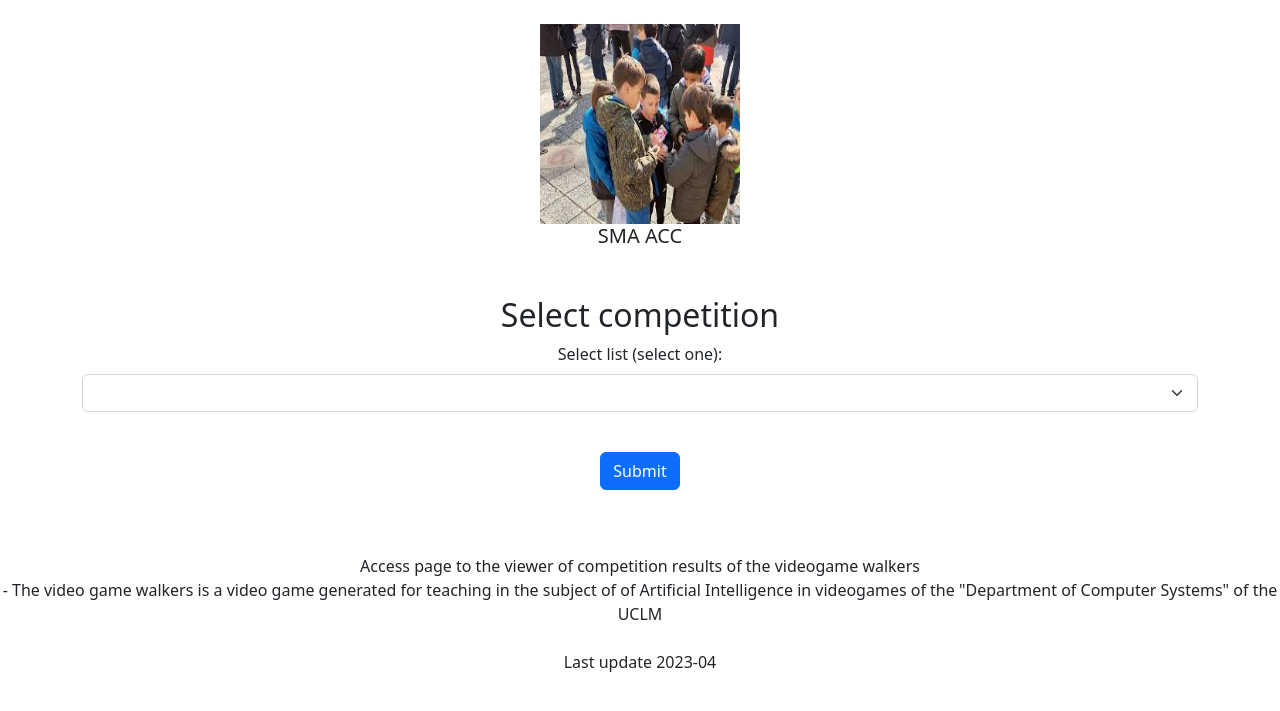
Repository: MAFernandezGraciani/SMA_ACC_2024_2025
Page: http://localhost/
These files come from the project's save history. The page is drawn as it stood at one moment and after the next save; the edit follows.
The browser window is 1280 px wide. The pictures show the whole page.
The page is run by PHP 8.4 with error messages shown; the project is at /var/www/html/. Queries for data that is not in the repository find no rows.

Above is the page before, as saved 2024-11-29 08:12:19.

After the next save:
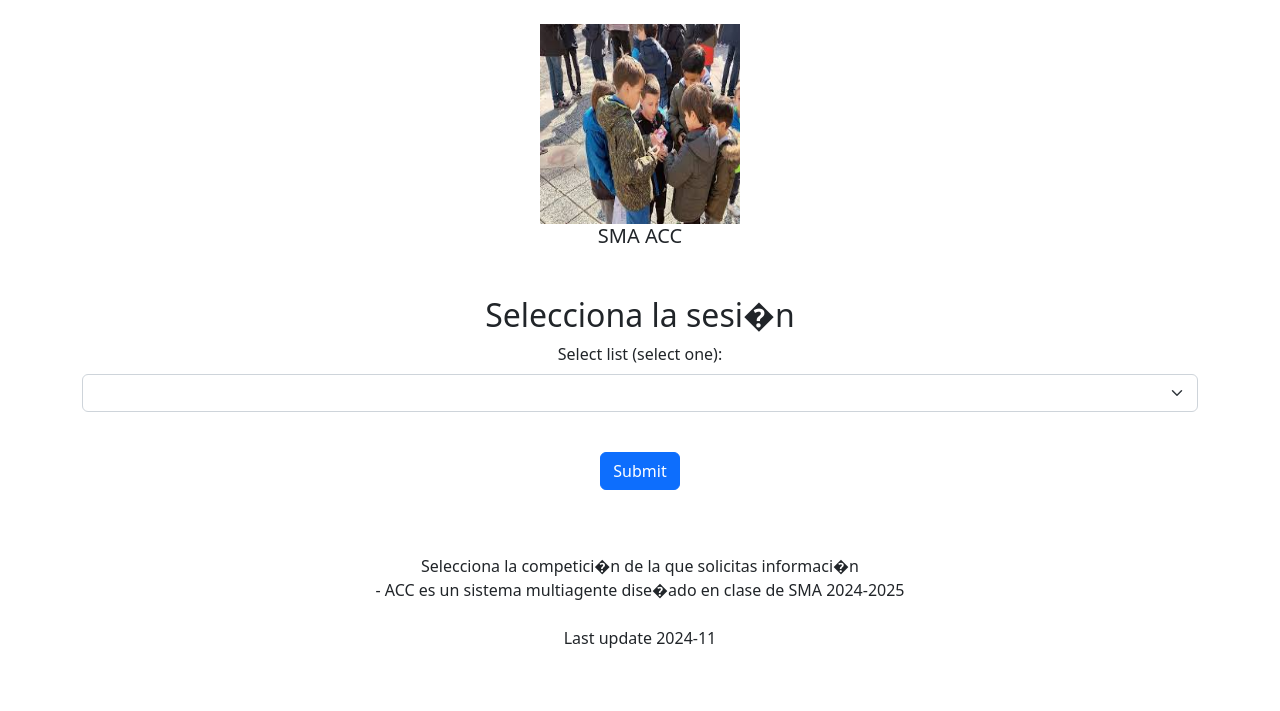
Saved 2 h 9 min later.
--- a/2024_2025_web/acc_data/index.php
+++ b/2024_2025_web/acc_data/index.php
@@ -50,40 +50,41 @@ $conexion_BBDD = conect_Bdd($Bdd_host,$Bdd_user,$Bdd_Pass,$Bdd);
 	</br>
 
 	<div class="container mt-3">
-	  <h2>Select competition</h2>
+	  <h2>Selecciona la sesión</h2>
 	  <form action="acc_Data.php">
 	    <label for="sel1" class="form-label">Select list (select one):</label>
 	    <select class="form-select" id="sel1" name="Sesion">
 	<?php
-		$str_competition="SELECT IdCompetition,competition_name FROM competitions";
+		$str_sesiones="SELECT IdSesion,Nombre_sesion,date_sesion FROM sesiones";
 //		$rs_competition=mysql_query($str_competition);
-		$rs_competition=mysqli_query($conexion_BBDD, $str_competition);
-		if (!$rs_competition) // Si la consulta falla
+		$rs_sesiones = mysqli_query($conexion_BBDD, $str_sesiones);
+		if (!$rs_sesiones) // Si la consulta falla
 			{
 			// ----- ERROR  -------
-			die ("Error en index al buscar las competiciones");
+			die ("Error en index al buscar las sesiones");
 			}
-		else  // Si la consulta no falla buscamos entre los descendientes la instancia de ayuda a interfaz, asi como las re recursos de ayuda a interfaz
+		else  // Si la consulta no falla obtenemos las sesiones
 			{
 //			$num_competition = mysql_num_rows($rs_competition);
-			$num_competition = mysqli_num_rows($rs_competition);
+			$num_sesiones = mysqli_num_rows($rs_sesiones);
 
-			for ($indice_competition=0; $indice_competition < $num_competition; $indice_competition++)
+			for ($indice_sesion=0; $indice_sesion < $num_sesiones; $indice_sesion++)
 				{
 //				$result[$indice_competition] = mysql_fetch_array($rs_competition);
 //				$IdCompetition = $result[$indice_competition]["IdCompetition"];
 //				$competition_name = $result[$indice_competition]["competition_name"];
 
-				$result = mysqli_fetch_array($rs_competition, MYSQLI_ASSOC);
+				$result = mysqli_fetch_array($rs_sesiones, MYSQLI_ASSOC);
 
 //				$IdCompetition = $result[$indice_competition]["IdCompetition"];
 //				$competition_name = $result[$indice_competition]["competition_name"];
 
-				$IdCompetition = $result["IdCompetition"];
-				$competition_name = $result["competition_name"];
+				$IdSesion = $result["IdSesion"];
+				$Nombre_sesion = $result["Nombre_sesion"];
+				$date_sesion = $result["date_sesion"];
 
-				echo "<option>".$competition_name."</option>";
-				}   // FIn del for ($hijosAnotados=0; $hijosAnotados < $numeroDeHijos; $hijosAnotados++)
+				echo "<option>  - SESION : ".$Nombre_sesion." - Hora : ".$date_sesion."</option>";
+				}   // FIn de - for for ($indice_sesion=0; $indice_sesion < $num_sesiones; $indice_sesion++)
 			} // FIn del else
 
 	?>
@@ -96,13 +97,12 @@ $conexion_BBDD = conect_Bdd($Bdd_host,$Bdd_user,$Bdd_Pass,$Bdd);
 	</br>
 	</br>
 	<p>
-	Access page to the viewer of competition results of the videogame walkers<br/>
+	Selecciona la competición de la que solicitas información<br/>
 
-	- The video game walkers is a video game generated for teaching in the subject of
-	of Artificial Intelligence in videogames of the "Department of Computer Systems" of the UCLM<br/><br/>
+	- ACC es un sistema multiagente diseñado en clase de SMA 2024-2025<br/><br/>
 
 
-	Last update 2023-04
+	Last update 2024-11
 	</p>
 </center>
 <?php
